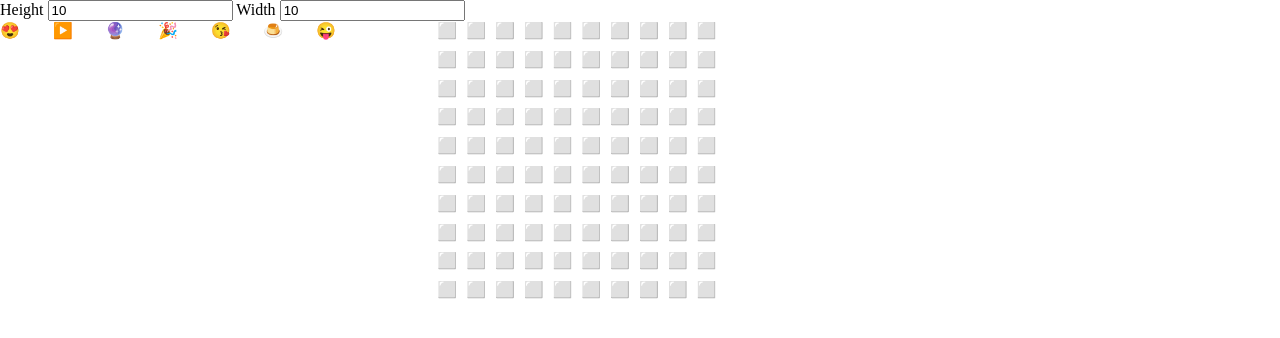
Repository: roast-rabbit/emoji-art-generator
Page: index.html
These files come from the project's save history. The page is drawn as it stood at one moment and after the next save; the edit follows.
The browser window is 1280 px wide. The pictures show the whole page.

Above is the page before, as saved 2022-12-06 15:46:58.

After the next save:
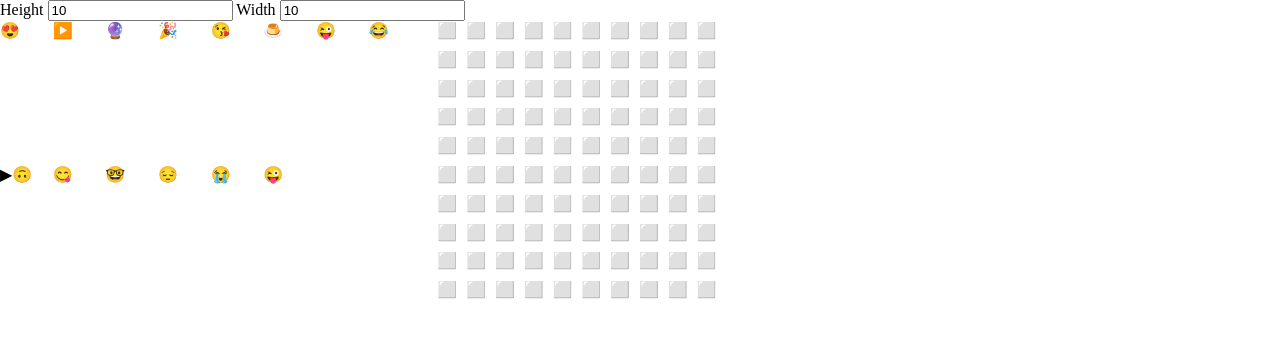
Saved 64 s later.
--- a/index.html
+++ b/index.html
@@ -23,6 +23,13 @@
         <div>😘</div>
         <div>🍮</div>
         <div>😜</div>
+        <div>😂</div>
+        <div>▶🙃</div>
+        <div>😋</div>
+        <div>🤓</div>
+        <div>😔</div>
+        <div>😭</div>
+        <div>😜</div>
       </div>
       <div id="board"></div>
       <script src="index.js"></script>
